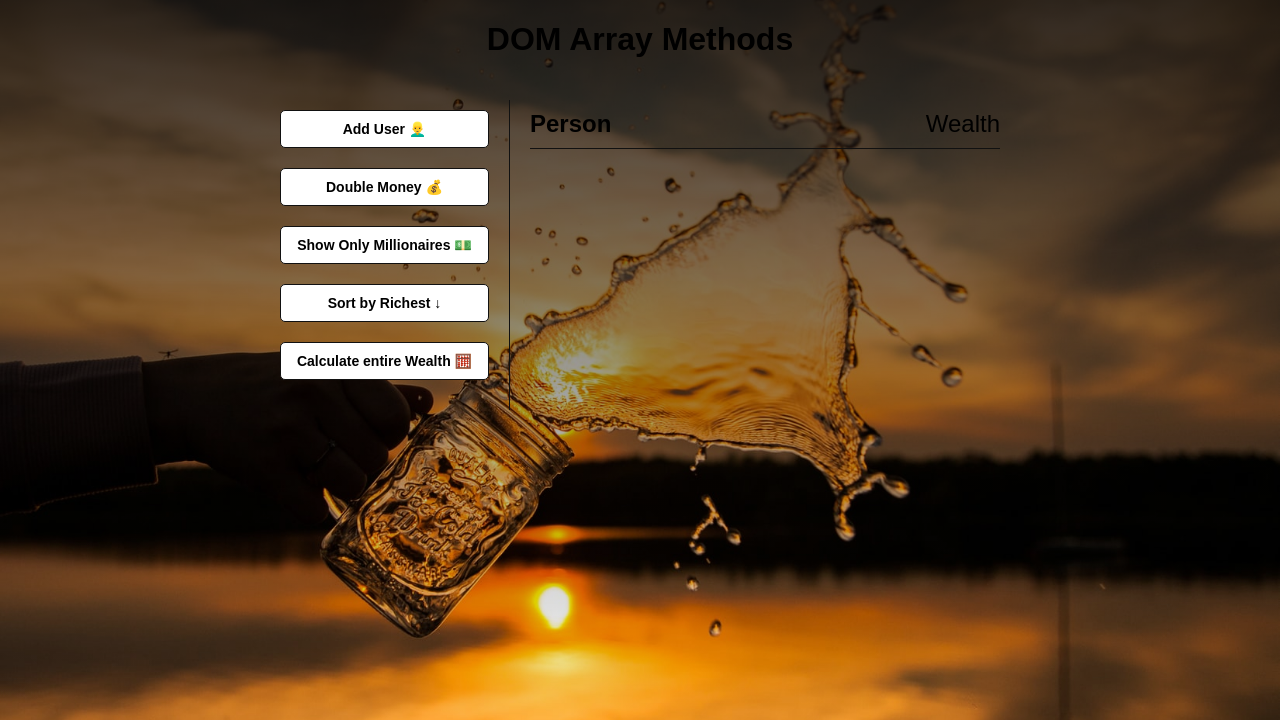
Repository: CAMPSLOPY/RandomUserInfoGenerator
Page: index.html
The author's editor kept a copy of each file at every save. The page is drawn from the files as they stood at one save, then again after a run of saves.
The browser window is 1280 px wide. The pictures show the whole page.
The page's requests for data from a server got no answer.

Above is the page before, as saved 2021-01-20 12:28:45.

After the next 2 saves:
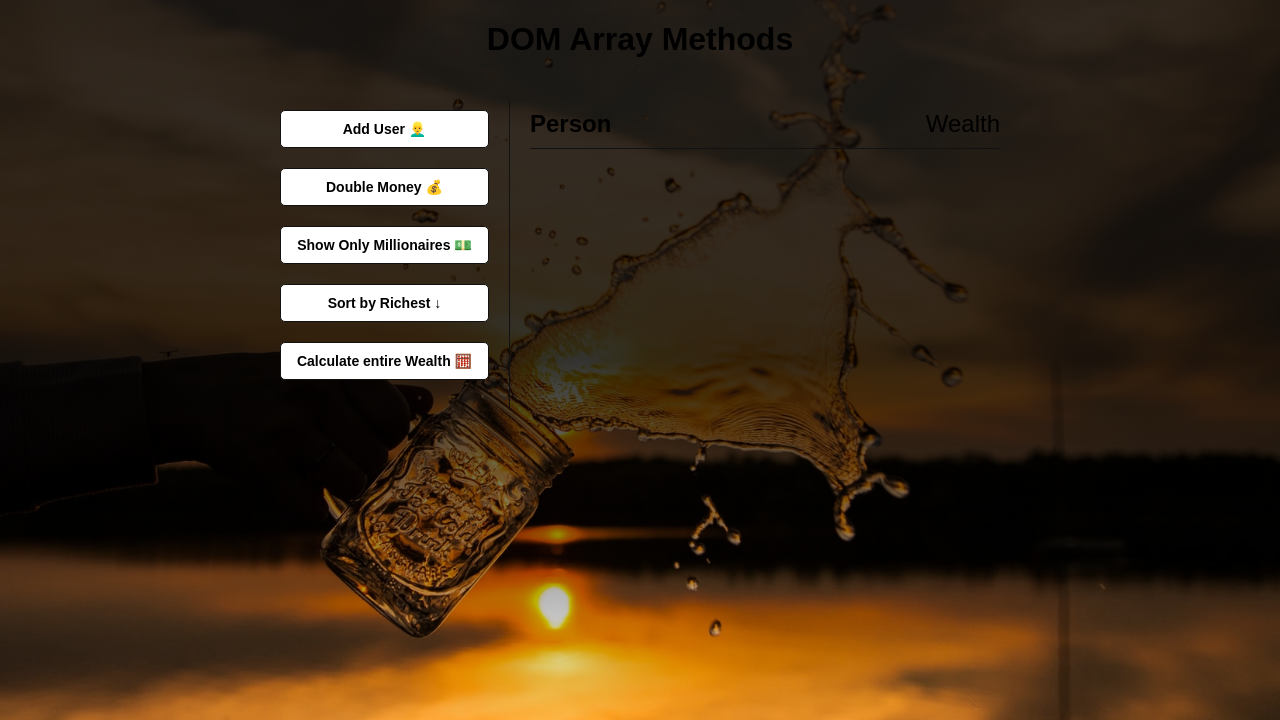
The 2 saves are shown as one change because they came seconds apart.
The last was saved 33 s later.
--- a/styles.css
+++ b/styles.css
@@ -3,7 +3,7 @@
 }
 
 body {
-  background-image: linear-gradient(rgba(0, 0, 0, 0.8), transparent),
+  background-image: linear-gradient(rgba(0, 0, 0, 0.8),rgba(0, 0, 0, 0.8), transparent),
     url("./img/back.jpeg");
   background-repeat: no-repeat;
   background-position: center;
